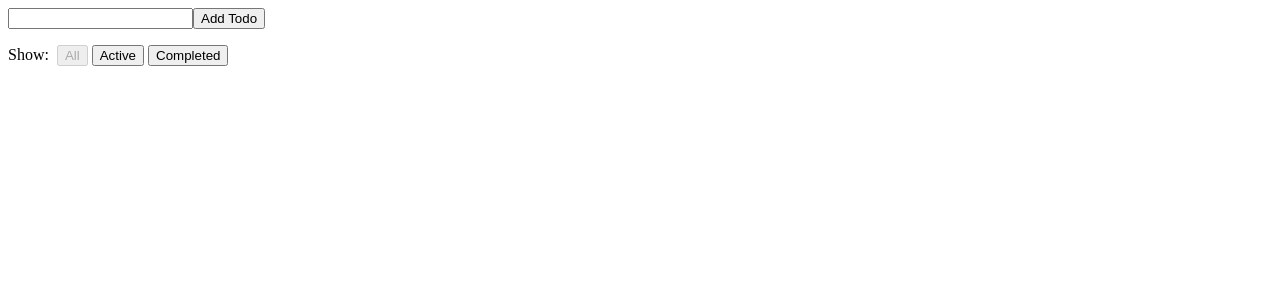
Repository: xiaoniWeber/react-todos
Page: /
An editor plug-in stored every save of this project. The page is shown before and after a run of saves, followed by the edit.
The browser window is 1280 px wide. The pictures show the whole page.
The project was rebuilt for these pictures with package versions that can differ from the ones it lists, and the page was loaded fresh each time.

Above is the page before, as saved 2019-08-09 15:39:20.

After the next 2 saves:
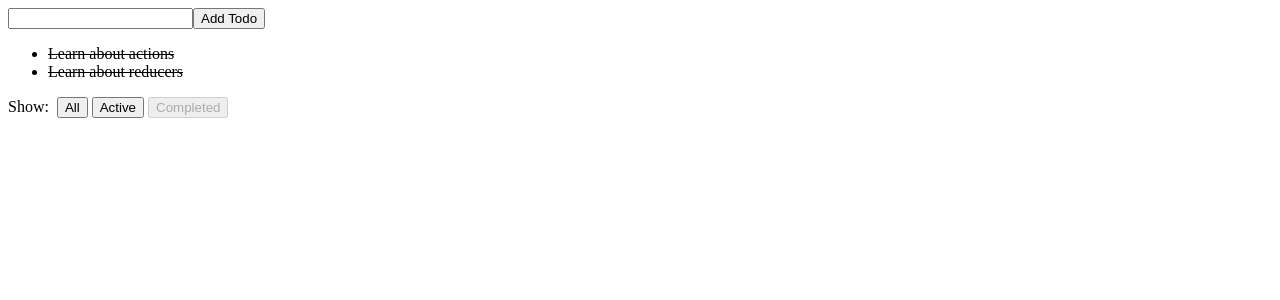
The 2 saves are shown as one change because 1 did not build or start.
The last was saved 36 s later.
--- a/src/index.js
+++ b/src/index.js
@@ -4,9 +4,20 @@ import { createStore } from 'redux'
 import { Provider } from 'react-redux'
 import App from './components/App'
 import rootReducer from './reducers'
-
+import {
+  addTodo,
+  toggleTodo,
+  setVisibilityFilter,
+  VisibilityFilters
+} from './actions'
 const store = createStore(rootReducer)
 console.log(store.getState())
+store.dispatch(addTodo('Learn about actions'))
+store.dispatch(addTodo('Learn about reducers'))
+store.dispatch(addTodo('Learn about store'))
+store.dispatch(toggleTodo(0))
+store.dispatch(toggleTodo(1))
+store.dispatch(setVisibilityFilter(VisibilityFilters.SHOW_COMPLETED))
 render(
   <Provider store={store}>
     <App />
